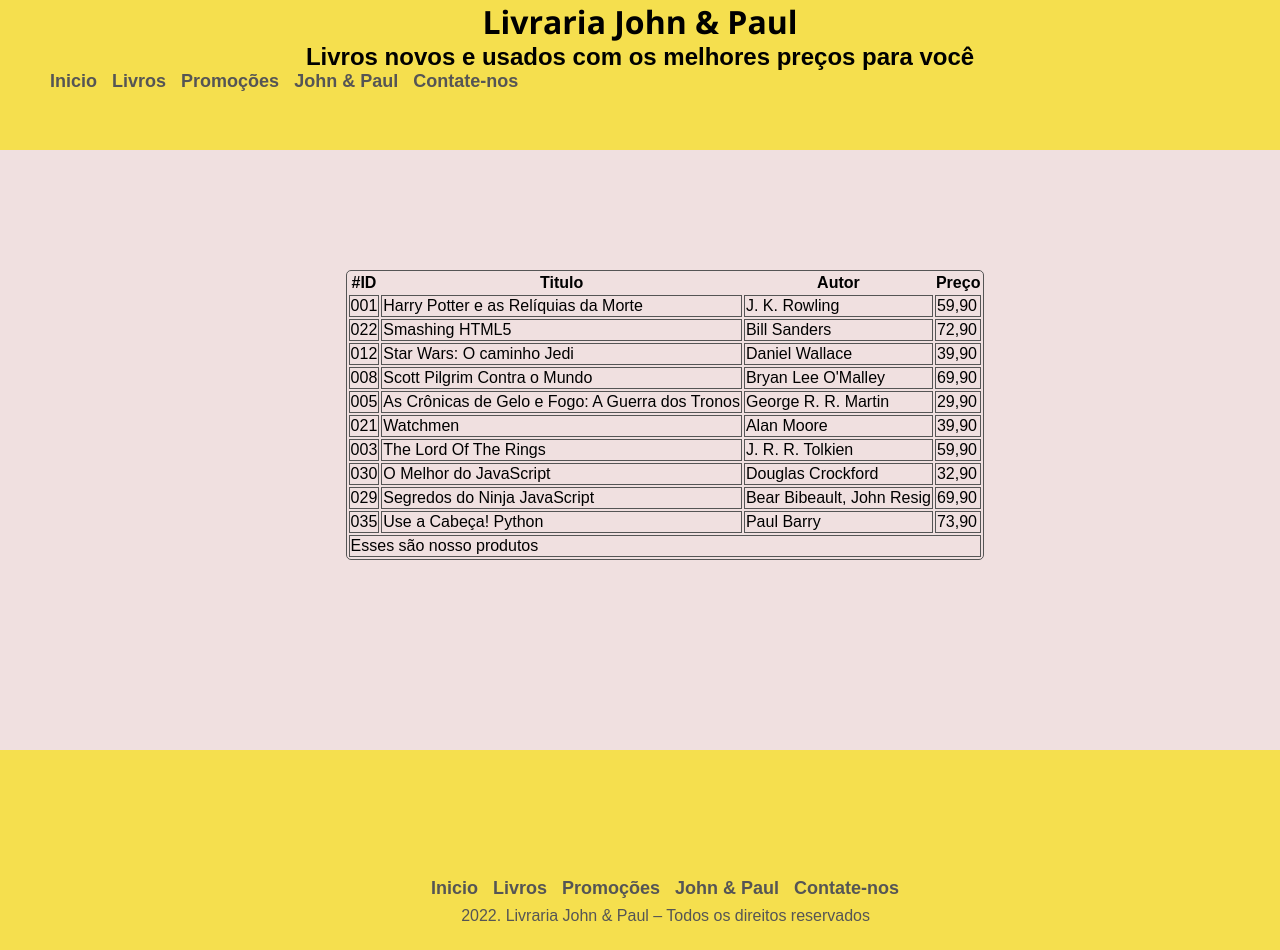
Repository: MarcoantonioCaldeira/Site-livraria-John-e-Paul
Page: produtos.html
The author's editor kept a copy of each file at every save. The page is drawn from the files as they stood at one save, then again after the next save.
The browser window is 1280 px wide. The pictures show the whole page.

Above is the page before, as saved 2022-09-25 10:54:23.

After the next save:
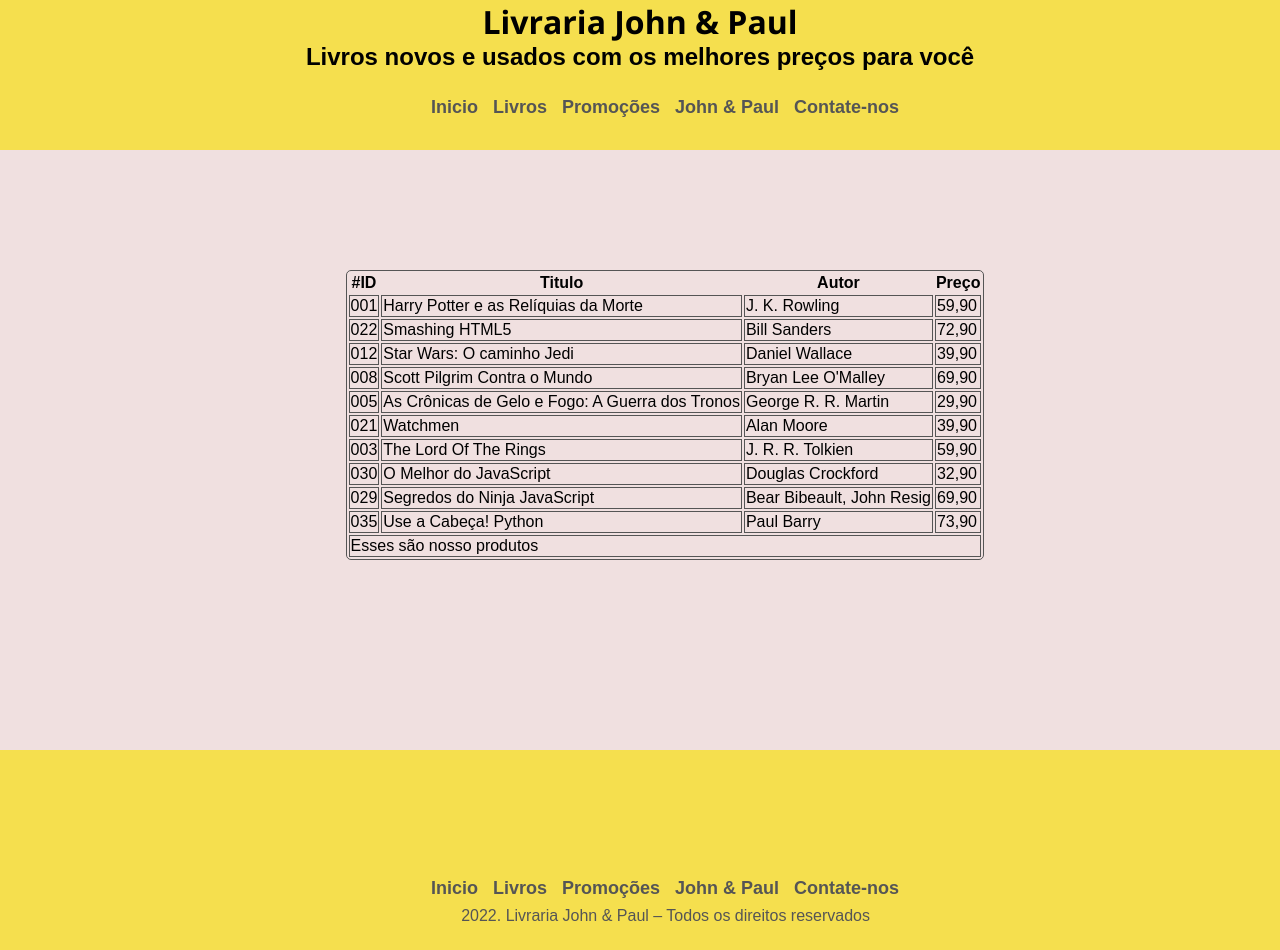
Saved 11 s later.
--- a/produtos.html
+++ b/produtos.html
@@ -12,7 +12,7 @@
    <h1 class="center"> Livraria John & Paul</h1>
    <h2 class="center">Livros novos e usados com os melhores preços para você</h2>
 
-<nav>
+<nav id="menu">
    <ul>
       <li><a href="index.html">Inicio</a></li>
       <li><a href="produtos.html">Livros</a></li>
